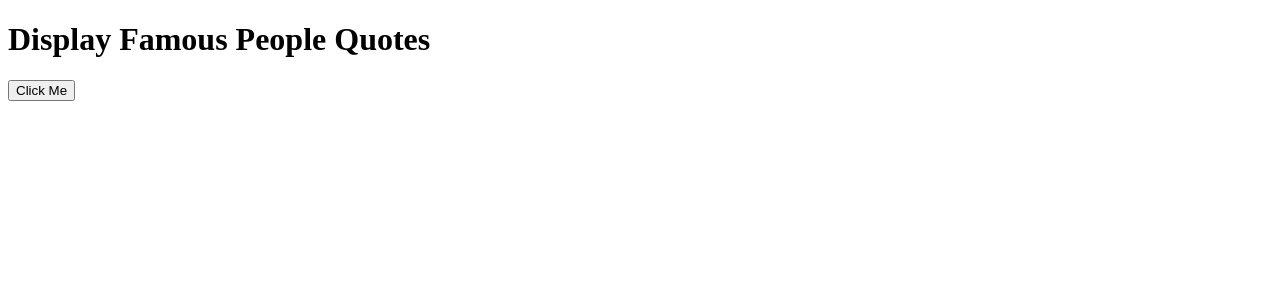
Repository: NiutaR/quotes-dom
Page: index.html
The author's editor kept a copy of each file at every save. The page is drawn from the files as they stood at one save, then again after a run of saves.
The browser window is 1280 px wide. The pictures show the whole page.

Above is the page before, as saved 2021-07-20 18:01:45.
Console error: SyntaxError: Unexpected token '}'

After the next 2 saves:
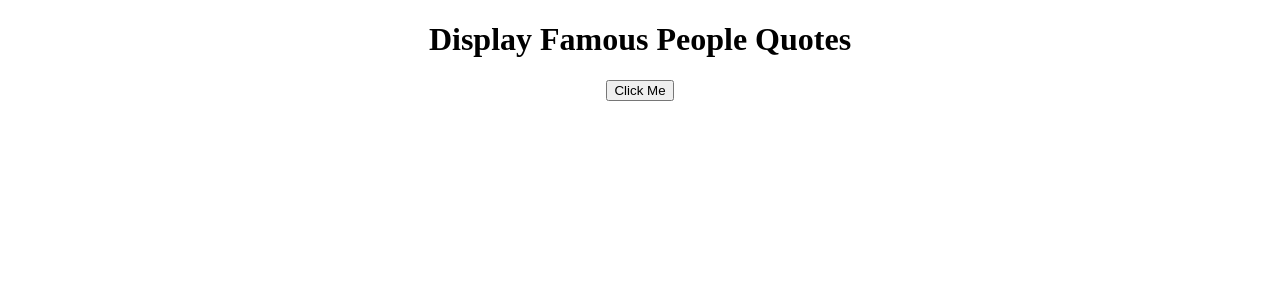
The error is gone.
The 2 saves are shown as one change because they came seconds apart.
The last was saved 11 s later.
--- a/index.js
+++ b/index.js
@@ -37,5 +37,7 @@ let list = [
 let button = document.getElementById('btnId');
 
 button.addEventListener('click', function() {
-    for(i = 0; i < list.length; list++)
+    for(i = 0; i < list.length; i++) {
+
+    }
 })
